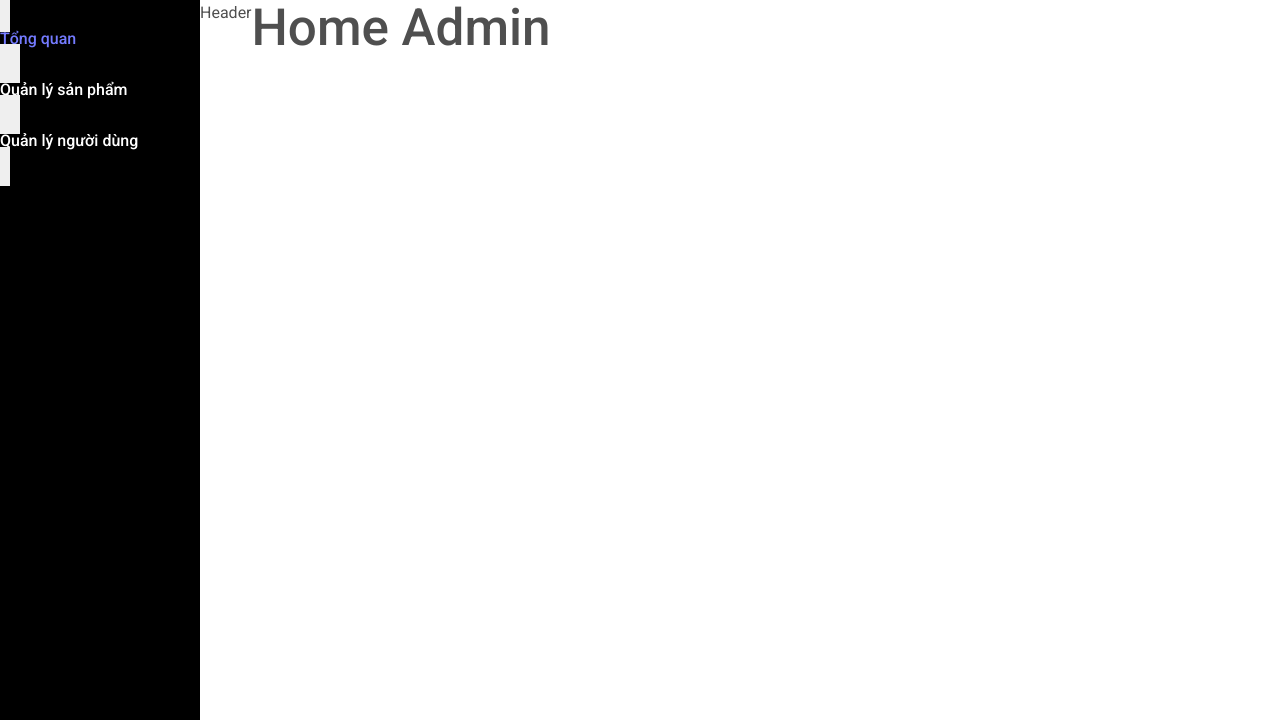
Repository: TinhTT336/MD02_Session10
Page: /admin
The author's editor kept a copy of each file at every save. The page is drawn from the files as they stood at one save, then again after the next save.
The browser window is 1280 px wide. The pictures show the whole page.
Some web libraries are served in a nearby version. The project was rebuilt for these pictures with package versions that can differ from the ones it lists, and the page was loaded fresh each time. Also part of the build but not shown: vite.config.js, src/layouts/Navbar.jsx, src/layouts/Footer.jsx, src/components/base/button/button.css, src/components/base/button/Button.jsx, src/pages/Home.jsx, src/common/formatMoney.js, src/actions/cartActions.js and 11 more.

Above is the page before, as saved 2023-09-08 16:03:12.

After the next save:
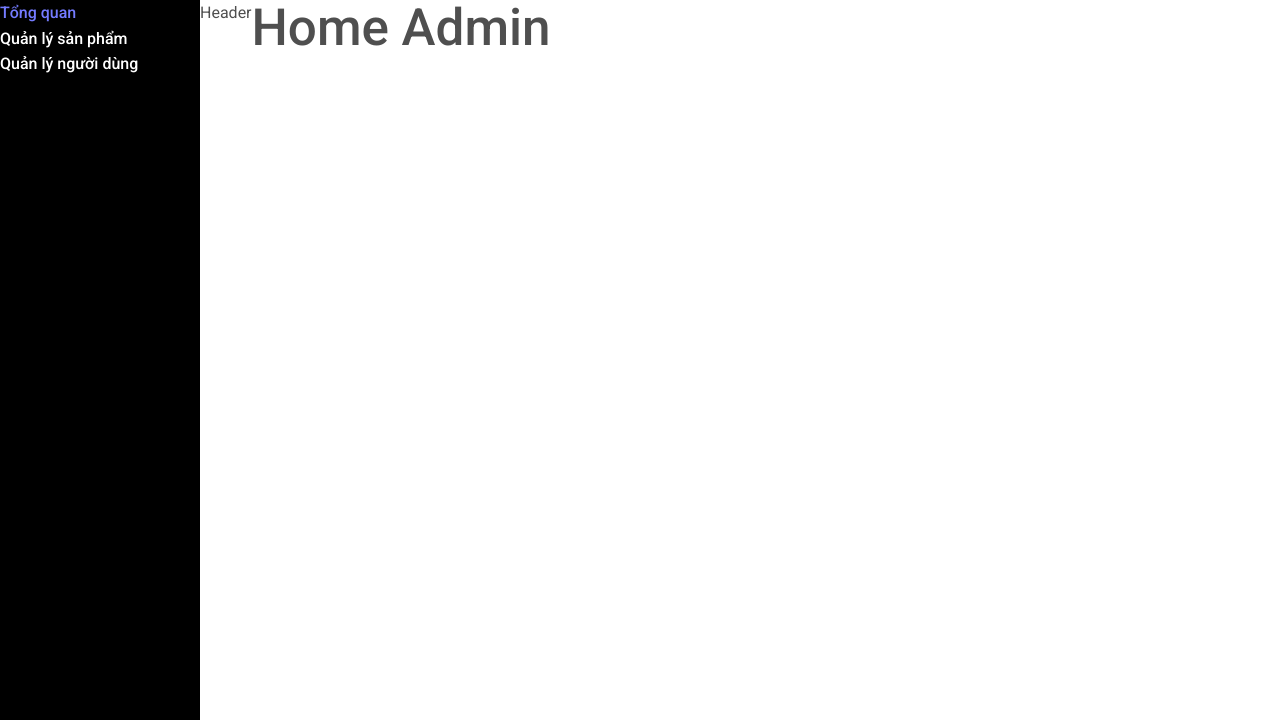
Saved 16 s later.
--- a/src/layouts/admin/sidebar/sidebar.css
+++ b/src/layouts/admin/sidebar/sidebar.css
@@ -6,6 +6,6 @@
   /* color: #fff !important; */
 }
 .router-item {
-  padding: 10px;
+  /* padding: 10px; */
   color: #fff;
 }

After the save that followed:
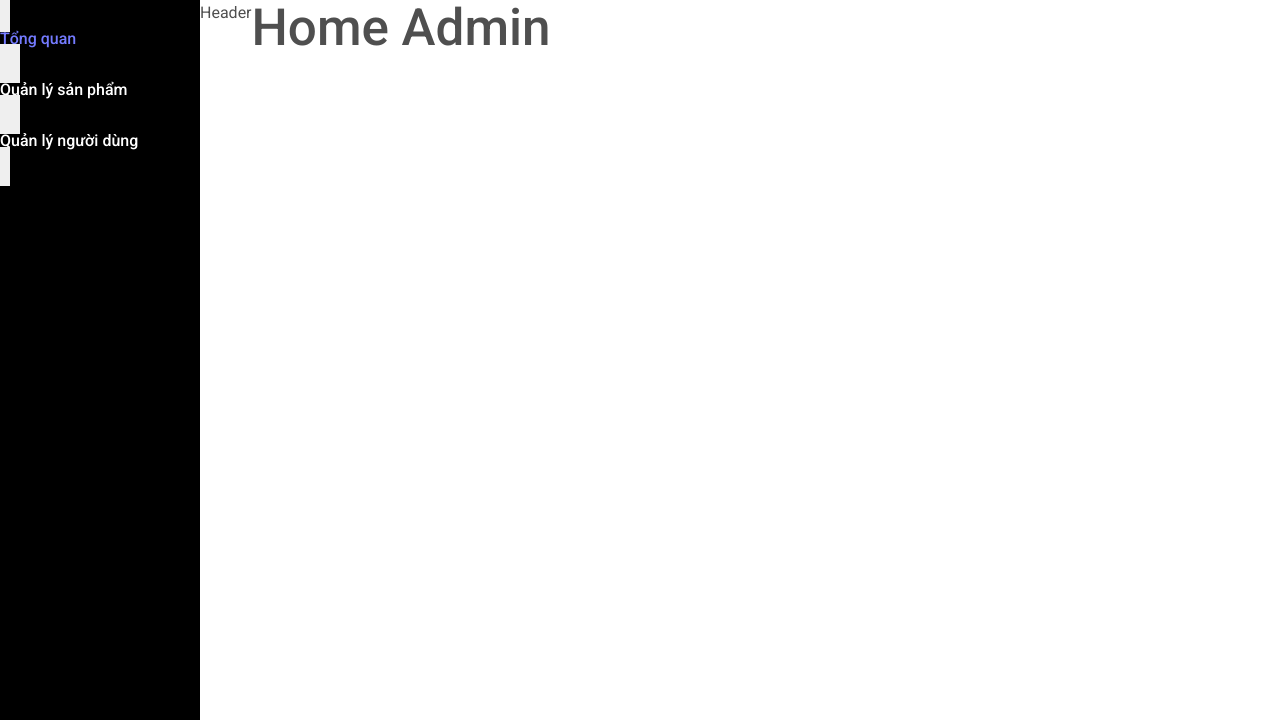
Saved 10 s later.
--- a/src/layouts/admin/sidebar/sidebar.css
+++ b/src/layouts/admin/sidebar/sidebar.css
@@ -6,6 +6,6 @@
   /* color: #fff !important; */
 }
 .router-item {
-  /* padding: 10px; */
+  padding: 10px;
   color: #fff;
 }
